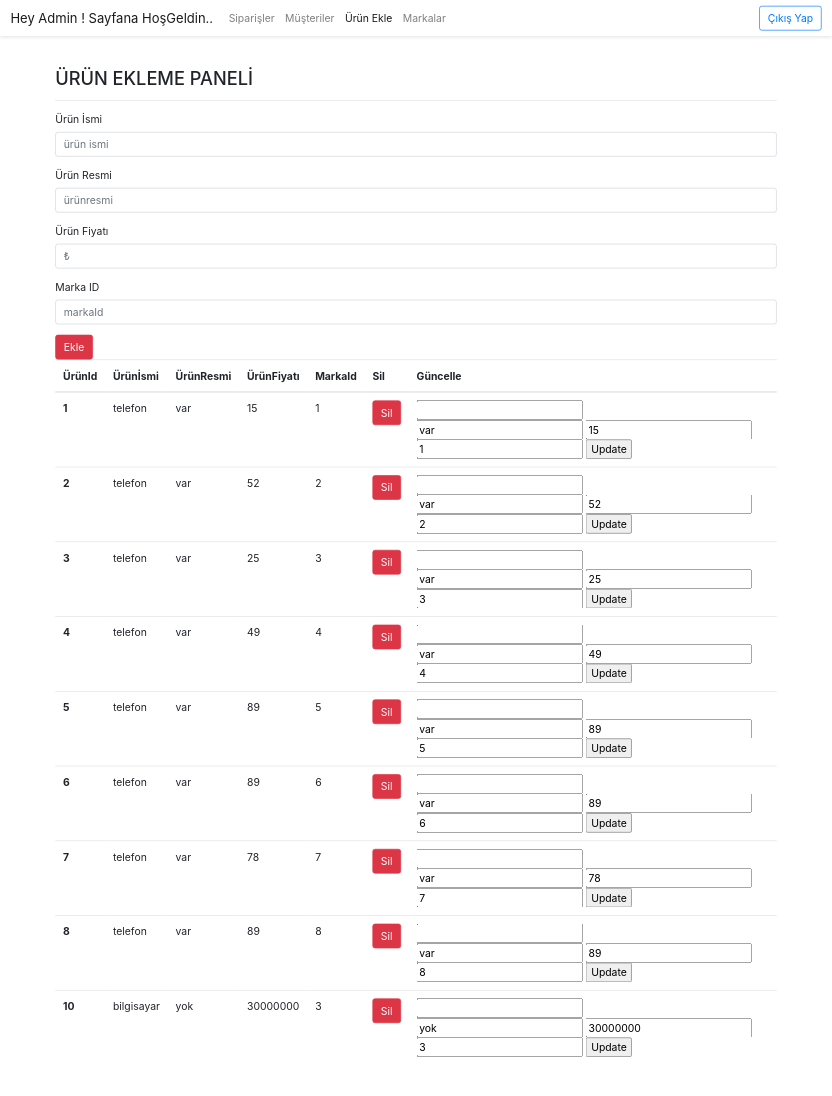
Repository: NergisAktug/E-Commerce-PythonWithFlask-Sqlite3
Page: http://localhost/urunEkle
An editor plug-in stored every save of this project. The page is shown before and after the next save, followed by the edit.
The browser window is 1280 px wide. The pictures show the whole page, at 65% of full size.
Some web libraries are served in a nearby version. The page is served by the project's application, run on Flask 3 (app.py). The page reads the database file committed with the project.

Above is the page before, as saved 2018-12-09 23:13:50.

After the next save:
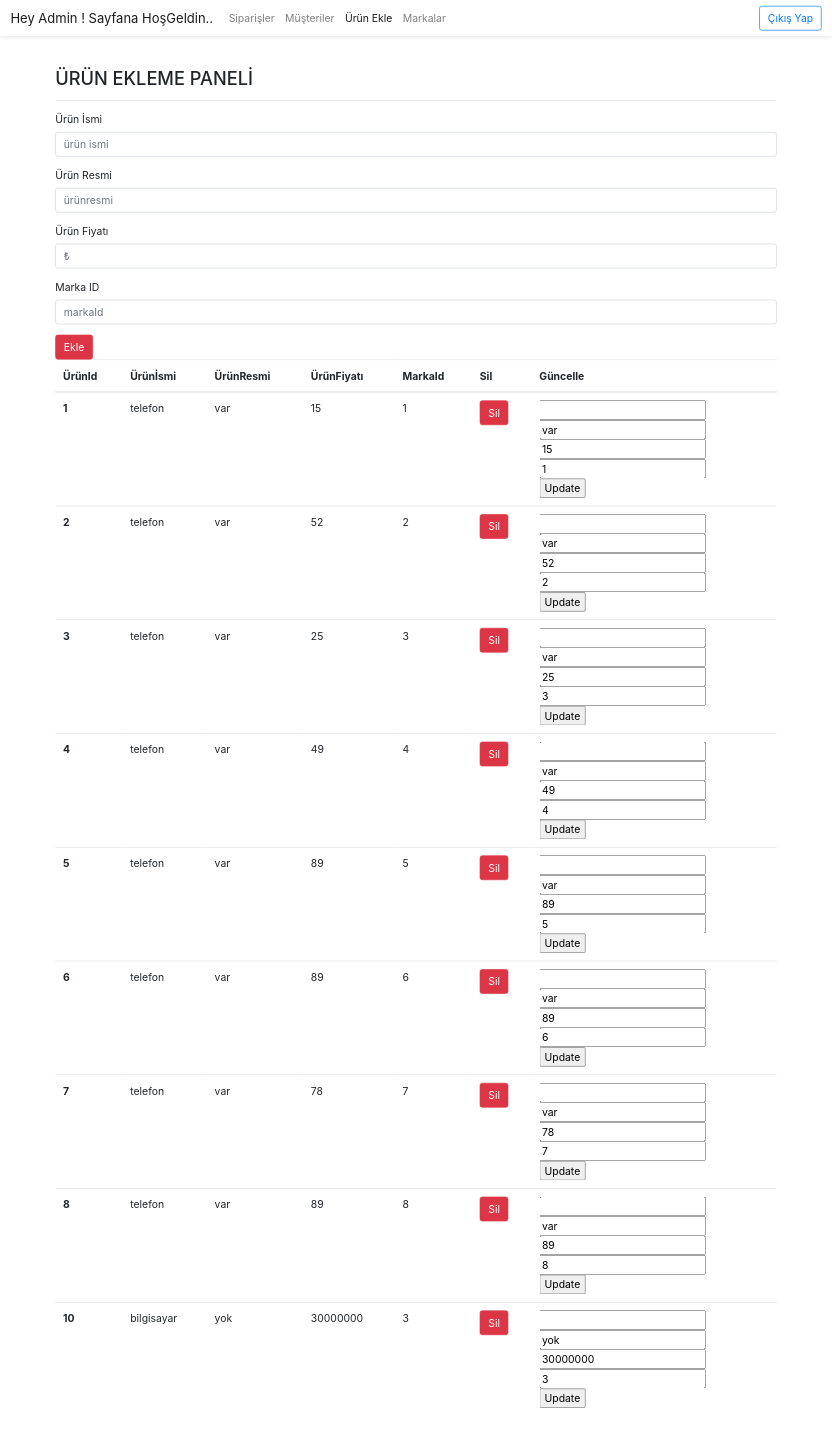
Saved 25 s later.
--- a/templates/urunEkle.html
+++ b/templates/urunEkle.html
@@ -90,9 +90,9 @@
                         <td>
                             <form method="POST" action="/guncelle/{{veri.urun_id}}" style="display: inline">
                               <input type="text" value="{{veri.ismi}}" name="urunİsmi"><br>
-                              <input type="text" value="{{veri.urunresmi}}" name="urunresmi">
-                              <input type="number" value="{{veri.urunFiyati}}" name="urunFiyati">
-                              <input type="number" value="{{veri.markaId}}" name="markaId">
+                              <input type="text" value="{{veri.urunresmi}}" name="urunresmi"><br>
+                              <input type="number" value="{{veri.urunFiyati}}" name="urunFiyati"><br>
+                              <input type="number" value="{{veri.markaId}}" name="markaId"><br>
                               <input type="submit" value="Update">
                             </form>
                           </td>
